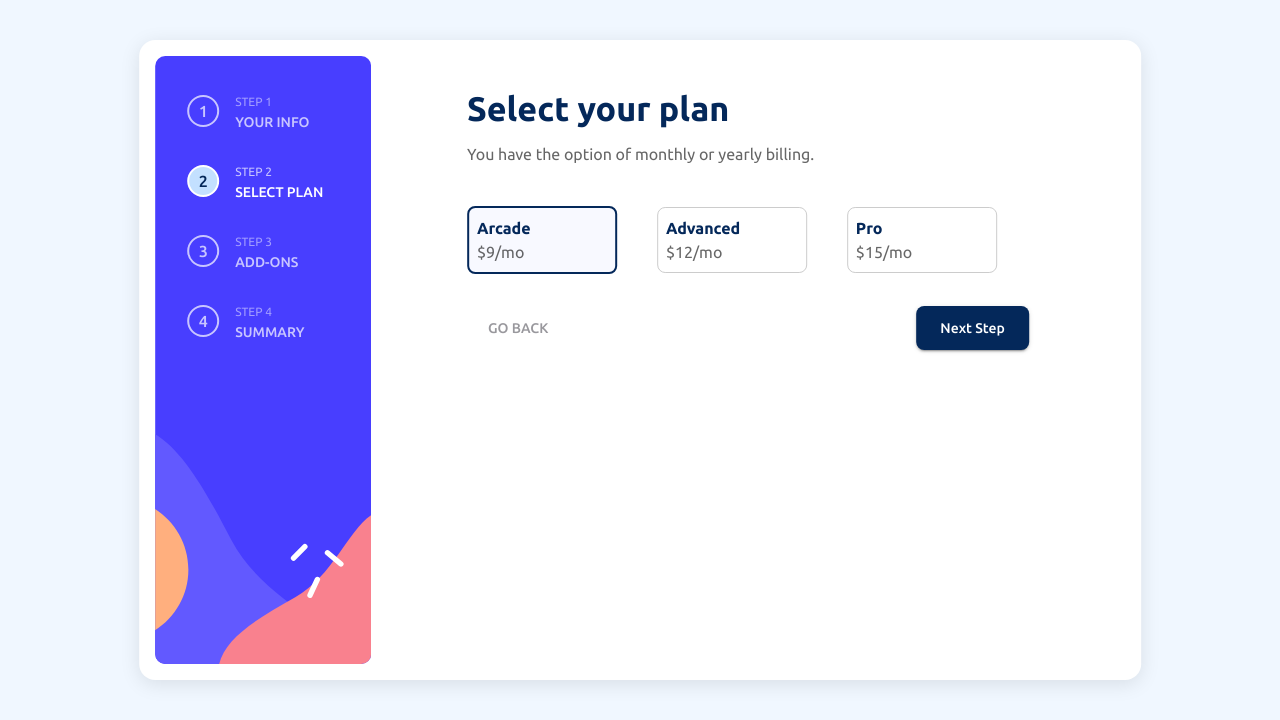
Repository: ozerrrs/chalange7days
Page: / (app in 7dayschalange/7dayschallange/), after clicking the first element matching `button.MuiButtonBase-root`
These files come from the project's save history. The page is drawn as it stood at one moment and after the next save; the edit follows.
The browser window is 1280 px wide. The pictures show the whole page.
The project was rebuilt for these pictures with package versions that can differ from the ones it lists, and the page was loaded fresh each time. Also part of the build but not shown: 7dayschalange/7dayschallange/vite.config.js.

Above is the page before, as saved 2025-03-05 15:33:05.

After the next save:
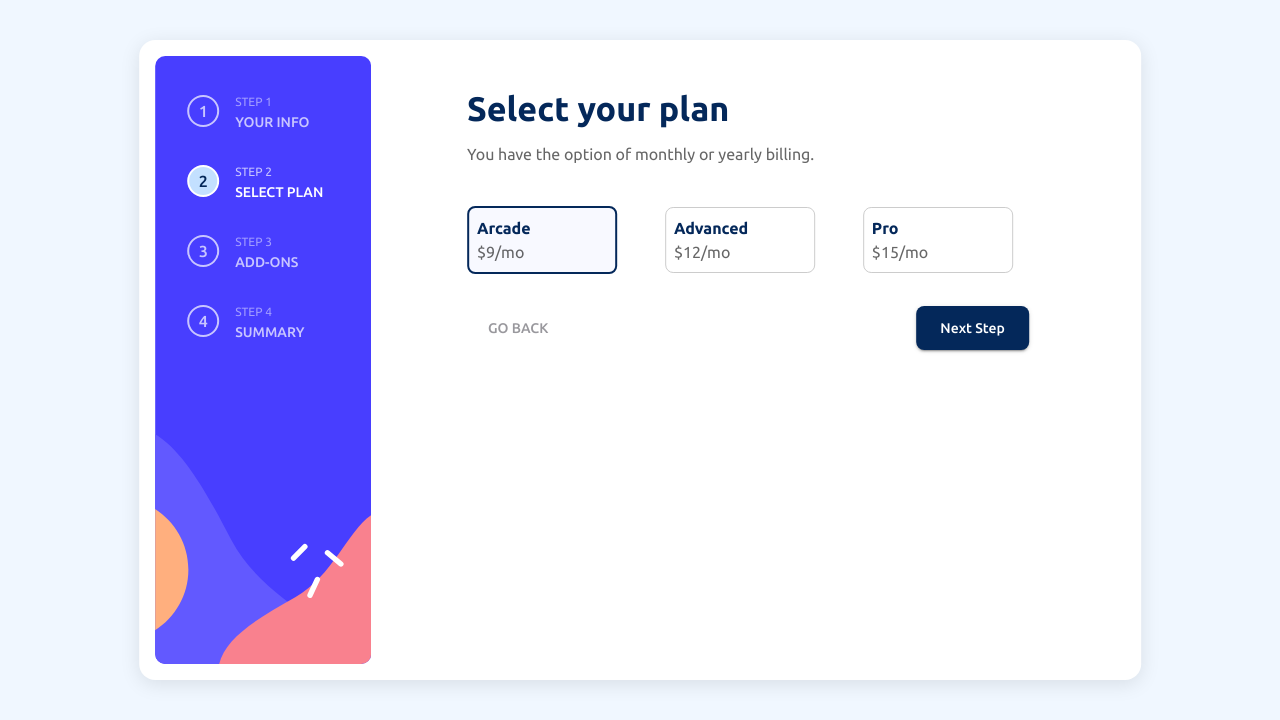
Saved 8 s later.
--- a/7dayschalange/7dayschallange/src/pages/firstPage.jsx
+++ b/7dayschalange/7dayschallange/src/pages/firstPage.jsx
@@ -231,7 +231,7 @@ function MultiStepForm() {
                 name="plan"
                 value={formData.plan}
                 onChange={handlePlanChange}
-                sx={{ display: "flex", flexDirection: "row", gap: 1 }}
+                sx={{ display: "flex", flexDirection: "row", gap: 4 }}
               >
                 <FormControlLabel
                   value="arcade"
